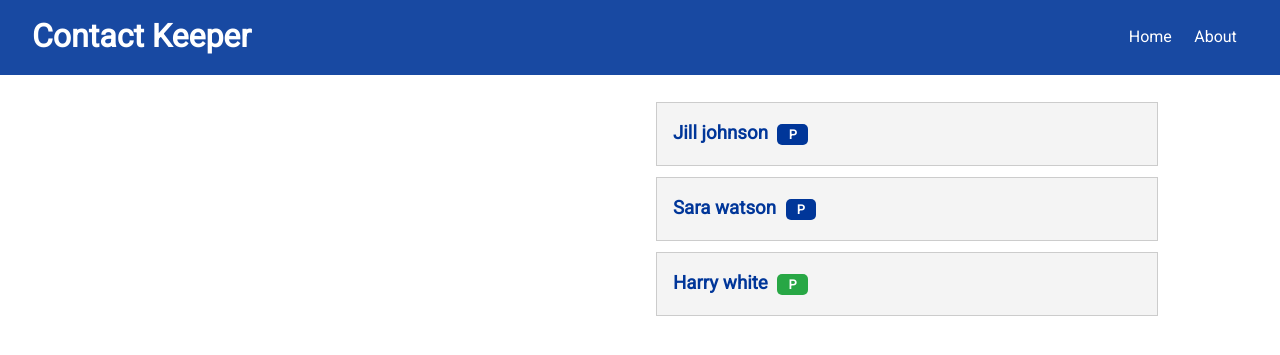
Repository: Izzazkhan/ContactStorage
Page: / (app in client/)
An editor plug-in stored every save of this project. The page is shown before and after the next save, followed by the edit.
The browser window is 1280 px wide. The pictures show the whole page.
The project was rebuilt for these pictures with package versions that can differ from the ones it lists, and the page was loaded fresh each time. A package was used in the major version that the imports need, not the one package.json lists. Also part of the build but not shown: client/src/components/pages/About.js.

Above is the page before, as saved 2020-01-21 09:29:42.

### client/public/index.html
<!DOCTYPE html>
<html lang="en">
  <head>
    <meta charset="utf-8" />
    <link rel="icon" href="%PUBLIC_URL%/favicon.ico" />
    <meta name="viewport" content="width=device-width, initial-scale=1" />
    <meta name="theme-color" content="#000000" />
    <meta
      name="description"
      content="Web site created using create-react-app"
    />
    <link rel="apple-touch-icon" href="%PUBLIC_URL%/logo192.png" />
    <link rel="manifest" href="%PUBLIC_URL%/manifest.json" />
    <title>ContactKeeper | Keep track of your contacts</title>
  </head>
  <body>
    <noscript>You need to enable JavaScript to run this app.</noscript>
    <div id="root"></div>
  </body>
</html>

### client/src/App.js
import React, {Fragment} from 'react';
import {BrowserRouter as Router, Route, Switch} from 'react-router-dom'
import Navbar from './components/layout/Navbar'
import Home from './components/pages/Home'
import About from './components/pages/About'

import ContactState from './context/contact/ContactState'
import './App.css';

const App = () => {
  return (
    <ContactState>
      <Router>
        <Fragment>
        <Navbar />
          <div className="container">
            <Switch>
              <Route exact path='/' component={Home} />
              <Route exact path='/about' component={About} />
            </Switch>
          </div>
        </Fragment>
      </Router>
    </ContactState>
  );
}

export default App;

### client/src/components/layout/Navbar.js
import React from 'react'
import PropTypes from 'prop-types';
import {Link} from 'react-router-dom'
const Navbar = ({ title, icon }) => {
    return (
        <div className="navbar bg-primary">
            <h1>
                <i className={icon} /> {title}
            </h1>
            <ul>
                <li>
                    <Link to='/'>Home</Link>
                </li>
                <li>
                    <Link to='/about'>About</Link>
                </li>
            </ul>
        </div>
    )
}

Navbar.propTypes = {
    title: PropTypes.string.isRequired,
    icon: PropTypes.string,
}

Navbar.defaultProps = {
    title: 'Contact Keeper',
    icon: 'fas fa-id-card-alt'
}
export default Navbar

### client/src/components/pages/Home.js
import React from 'react'
import Contacts from '../contacts/Contacts'

export const Home = () => {
    return (
        <div className="grid-2">
            <div>
                {/* ContactForm */}
            </div>
            <div>
                <Contacts />
            </div>
        </div>
    )
}
export default Home

### client/src/context/contact/ContactState.js
import React, {useReducer} from 'react'
import uuid from 'uuid'
import ContactContext from './contactContext'
import contactReducer from './contactReducer'
import {
    ADD_CONTACT,
    DELETE_CONTACT,
    SET_CURRENT,
    CLEAR_CURRENT,
    UPDATE_CONTACT,
    FILTER_CONTACTS,
    CLEAR_FILTER
} from '../types'

const ContactState = props => {
    const initialState = {
        contacts: [
            {
                id: 1,
                name: 'Jill johnson',
                email: 'jill@gmail.com',
                phone: '111-111-1111',
                type: 'personal'
            },
            {
                id: 2,
                name: 'Sara watson',
                email: 'sara@gmail.com',
                phone: '222-222-2222',
                type: 'personal'
            },
            {
                id: 3,
                name: 'Harry white',
                email: 'harry@gmail.com',
                phone: '333-333-3333',
                type: 'professional'
            }
        ]
    }

    const [state, dispatch] = useReducer(contactReducer, initialState)

    return (
        <ContactContext.Provider
        value={{
            contacts: state.contacts
        }}>
            {props.children}
        </ContactContext.Provider>
    )
}

export default ContactState

### client/src/components/contacts/Contacts.js
import React, {Fragment, useContext} from 'react'
import ContactItem from './ContactItem'
import ContactContext from '../../context/contact/contactContext'
const Contacts = () => {
    const contactContext = useContext(ContactContext);

    const {contacts} = contactContext
    return (
        <Fragment>
            {contacts.map(contact => <ContactItem key={contact.id} contact={contact} />
            )}
        </Fragment>
    )
}
export default Contacts

### client/src/context/contact/contactContext.js
import {createContext } from 'react'

const contactContext = createContext()

export default contactContext

### client/src/context/types.js
export const ADD_CONTACT = 'ADD_CONTACT'
export const DELETE_CONTACT = 'DELETE_CONTACT'
export const SET_CURRENT = 'SET_CURRENT'
export const CLEAR_CURRENT = 'CLEAR_CURRENT'
export const UPDATE_CONTACT = 'UPDATE_CONTACT'
export const CLEAR_FILTER = 'CLEAR_FILTER'
export const FILTER_CONTACTS = 'FILTER_CONTACTS'
export const SET_ALERT = 'SET_ALERT'
export const REMOVE_ALERT = 'REMOVE_ALERT'

### client/src/components/contacts/ContactItem.js
import React from 'react'

export const ContactItem = ({contact}) => {
    const {id, name, email, phone, type} = contact;

    return (
        <div className='card bg-light'>
            <h3 className="text-primary text-left">
                {name}{' '} <span className={'badge ' + (type === 'professional' ?
                    'badge-success' : 'badge-primary')}>{type.charAt(0).toUpperCase()}</span>
            </h3>
        </div>
    )
}

export default ContactItem

Loaded but not shown: client/src/index.js (common file); client/src/App.css (common file); client/src/context/contact/contactReducer.js (no stored copy; drawn as an empty file)

After the next save:
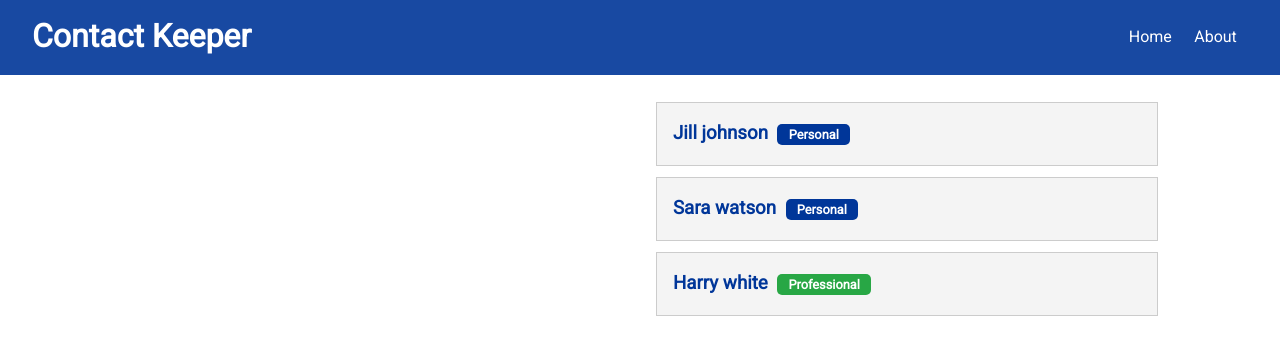
Saved 42 s later.
--- a/client/src/components/contacts/ContactItem.js
+++ b/client/src/components/contacts/ContactItem.js
@@ -7,7 +7,7 @@ export const ContactItem = ({contact}) => {
         <div className='card bg-light'>
             <h3 className="text-primary text-left">
                 {name}{' '} <span className={'badge ' + (type === 'professional' ?
-                    'badge-success' : 'badge-primary')}>{type.charAt(0).toUpperCase()}</span>
+                    'badge-success' : 'badge-primary')}>{type.charAt(0).toUpperCase() + type.slice(1)}</span>
             </h3>
         </div>
     )
